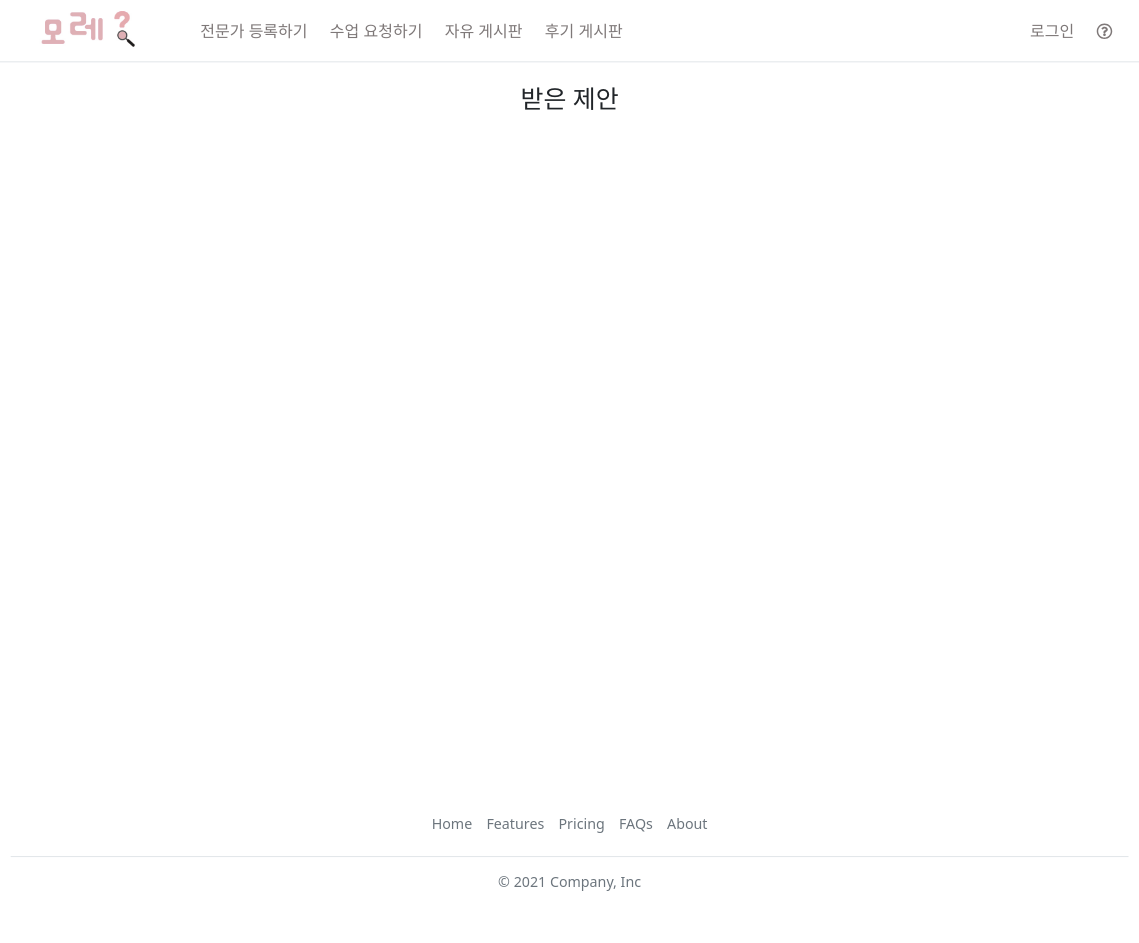
Repository: isssson/MVC2_more
Page: http://localhost/more/WEB-INF/views/suggest/receiveSuggest.jsp
These files come from the project's save history. The page is drawn as it stood at one moment and after the next save; the edit follows.
The browser window is 1280 px wide. The pictures show the whole page, at 89% of full size.
Some web libraries are served in a nearby version. The page is served by Tomcat 9. Nobody is signed in. Other server files are loaded and not shown. The template is opened directly, without the code that normally fills it, so the values that code supplies are empty.

Above is the page before, as saved 2021-12-11 06:26:13.

### more/src/main/webapp/WEB-INF/views/suggest/receiveSuggest.jsp
<%@ page language="java" contentType="text/html; charset=UTF-8"
    pageEncoding="UTF-8"%>
<%@ taglib prefix="c" uri="http://java.sun.com/jsp/jstl/core" %>
<%@ taglib prefix="fn" uri="http://java.sun.com/jsp/jstl/functions" %>
<!DOCTYPE html>
<html>
<head>
<meta charset="UTF-8">
<link href="resources/css/bootstrap.min.css" rel="stylesheet">
<style>
   h3 {
     margin-top: 24px;
   }
</style>
<title>모레-받은제안</title>
</head>
<body>
<%@ include file="/WEB-INF/views/header.jsp" %>
<section id="section" class="bg-f4f4f4" style="height: 700px;">
  <h3 class="fw-400 text-center">받은 제안</h3>
  <div class="container list-main-container">
   <c:forEach var="dto" items="${list }">
      <div class="summary-main" style="margin-left: 400px; margin-right: 400px; margin-top: 50px; cursor:pointer;" onclick="location.href='sugContent.do?s_idx=${dto.s_idx}'">
        <div class="col-xs-8 is_offered_list">
          <div id="courseList">
            <div class="card-frame" style="border: 1px solid #e7eaf3; padding: 16px;">
                <div class="d-flex justify-content-between align-items-center border-bottom pb-3">
                  <div class="col-8 font-weight-semi-bold pl-0">
                    <div class="d-flex align-contents-center font-footnote">
                      <a class="btn btn-xs mb-2" style="background-color:rgba(119, 131, 143, 0.1);padding: 0.3rem;">${dto.cate1 }</a>
                        <span class="btn-xs tag-primary-ghost mb-2 ml-2" style="padding: 0.3rem;">${dto.cate2 }</span>
                    </div>
                    <div class="font-weight-semi-bold text-truncate">
                      <a href="">${dto.process }</a>
                    </div>
                    <div class="font-subhead font-weight-normal text-secondary text-truncate">
                    </div>
                  </div>
                  <div class="col-4 pr-0 text-right">
                    <div>
                        <div class="font-weight-semi-bold" style="text-align: right; padding-bottom: 3px;">
                            <button type="button" class="btn btn-primary lg">${dto.cost }만원</button>
                        </div>
                        <div class="font-weight-semi-bold" style="text-align: right;">
                            <button type="button" class="btn btn-primary lg">${dto.id }전문가님</button>
                        </div>
                    </div>
                  </div>
                </div>
                <div class="font-subhead">
                  <p class="mt-2 mb-0 text-truncate">
               ${fn:substring(dto.start_date,0,10) }
               ~
               ${fn:substring(dto.end_date,0,10) }
                    <c:set var="location" value="${dto.ls_location }"/>
                    <span style="padding-left: 145px ;">${fn:substring(location,0,fn:indexOf(location,'구')+1)}</span>
                  </p>
                </div>
            </div>
        </div>
       </div>
      </div>
   </c:forEach>
  </div>
</section>
<div class="page_nav">
  <nav aria-label="Page navigation example" class="mb-5">
    <ul class="pagination justify-content-center mt-5">
      ${pagestr }
    </ul>
  </nav>
</div>
<%@ include file="/WEB-INF/views/footer.jsp" %>
</body>
</html>

### more/src/main/webapp/WEB-INF/views/header.jsp
<%@ page language="java" contentType="text/html; charset=UTF-8"
    pageEncoding="UTF-8"%>
<%@ taglib prefix="c" uri="http://java.sun.com/jsp/jstl/core" %>
<script src="https://use.fontawesome.com/releases/v5.2.0/js/all.js"></script>
<link href="resources/css/header.css" rel="stylesheet">
<!-- Global site tag (gtag.js) - Google Analytics -->
<script async src="https://www.googletagmanager.com/gtag/js?id=UA-214947172-1"></script>
<script>
  window.dataLayer = window.dataLayer || [];
  function gtag(){dataLayer.push(arguments);}
  gtag('js', new Date());

  gtag('config', 'UA-214947172-1');
</script>
<!-- ---------------------비회원  -->
<c:if test="${sessionScope.sessionStatus == null }">
	<header>
    <div id="headerContainer">
        <a href="index.do"><img src="resources/img/more_logo.jpg" alt="logo" style="padding: 10px"></a>
        <div id="menubar">
          <div id="leftMenu">
            <div><a href="regist1.do">전문가 등록하기</a></div>
            <div><a href="lessonList.do">수업 요청하기</a></div>
            <div><a href="bbsList.do">자유 게시판</a></div>
            <div><a href="reviewList.do">후기 게시판</a></div>
          </div>
          <div id="rightMenu">
               <div><a href="login.do">로그인</a></div>
               <div><a href="noticeList.do"><i class="far fa-question-circle"></i></a></div>
          </div>
        </div>
      </div>
	</header>
</c:if>
<!----------------------기본(의뢰인) 로그인중-->
<c:if test="${sessionScope.sessionStatus == 1 }">
	<header>
     <div id="headerContainer">
        <a href="index.do"><img src="resources/img/more_logo.jpg" alt="logo" style="padding: 10px"></a>
        <div id="menubar">
          <div id="leftMenu">
            <div id="client" onmouseover="show()" onmouseout="hide()">
               <a href="#">레슨</a>
              </div>
            <div id="joinExpert">
               <a href="regist1.do">전문가 등록하기</a>
             </div>
            <div><a href="bbsList.do">자유 게시판</a></div>
            <div><a href="reviewList.do">후기 게시판</a></div>
          </div>
          <div id="rightMenu">
            <div>${sessionScope.sessionName }님</div>
            <div><a href="setting.do"><i class="far fa-user fa-1x"></i></a></div>
            <div><a href="noticeList.do"><i class="far fa-question-circle"></i></a></div>
          </div>
        </div>
      </div>
      <div id="hiddenHeaderContainer" onmouseover="show()" onmouseout="hide()">
        <div class="hiddenItem">
          <div class="Item"><a href="suggestList.do">레슨 목록</a></div>
          <div class="Item"><a href="lessonList.do">레슨 요청하기</a></div>
          <div class="Item"><a href="sentRequest.do?id=${sessionScope.sessionId}">보낸 요청</a></div>
          <div class="Item"><a href="receiveSuggest.do?id=${sessionScope.sessionId }">받은 제안</a></div>
          <div class="Item"><a href="m_documentList.do">나의 레슨 내역</a></div>
        </div>
      </div>
	</header>
</c:if>
<!-- -----------------------전문가 로그인중 -->
<c:if test="${sessionScope.sessionStatus == 2 }">
	<header>
     <div id="headerContainer">
       <a href="index.do"><img src="resources/img/more_logo.jpg" alt="logo" style="padding: 10px"></a>
       <div id="menubar">
         <div id="leftMenu">
           <div id="client" onmouseover="show()" onmouseout="hide()">
              <a href="#">레슨</a>
             </div>
           <div><a href="bbsList.do">자유 게시판</a></div>
           <div><a href="reviewList.do">후기 게시판</a></div>
         </div>
         <div id="rightMenu">
           <div>${sessionScope.sessionName }님</div>
           <div><a href="setting.do"><i class="far fa-user fa-1x"></i></a></div>
		   <div><a href="noticeList.do"><i class="far fa-question-circle"></i></a></div>
         </div>
       </div>
     </div>
     <div id="hiddenHeaderContainer" onmouseover="show()" onmouseout="hide()">
       <div class="hiddenItem">
       	 <div class="Item"><a href="requestList.do">요청서 목록</a></div>
       	 <div class="Item"><a href="suggest.do">레슨 제안하기</a></div>
         <div class="Item"><a href="sentsuggest.do?id=${sessionScope.sessionId}">보낸 제안</a></div>
		 <div class="Item"><a href="m_documentList.do">나의 레슨 내역</a></div>
       </div>
     </div>
	</header>
</c:if>
   <script>
       function show(){
         document.getElementById('hiddenHeaderContainer').style.display='block';
       }
       function hide(){
         document.getElementById('hiddenHeaderContainer').style.display='none';
       }
  </script>

### more/src/main/webapp/WEB-INF/views/footer.jsp
<%@ page language="java" contentType="text/html; charset=UTF-8"
    pageEncoding="UTF-8"%>
<link href="resources/css/footer.css" rel="stylesheet">
<div class="container-fluid">
  <footer class="py-3 my-4">
    <ul class="nav justify-content-center border-bottom pb-3 mb-3">
      <li class="nav-item"><a href="#" class="nav-link px-2 text-muted">Home</a></li>
      <li class="nav-item"><a href="#" class="nav-link px-2 text-muted">Features</a></li>
      <li class="nav-item"><a href="#" class="nav-link px-2 text-muted">Pricing</a></li>
      <li class="nav-item"><a href="#" class="nav-link px-2 text-muted">FAQs</a></li>
      <li class="nav-item"><a href="#" class="nav-link px-2 text-muted">About</a></li>
    </ul>
    <p class="text-center text-muted">&copy; 2021 Company, Inc</p>
  </footer>
</div>

<div class="b-example-divider"></div>

### more/src/main/webapp/resources/css/header.css
@charset "UTF-8";
a{
    text-decoration:none;
    color:rgb(26, 25, 25);
}
a:hover{
    color:rgb(26, 25, 25);
}
svg{
    color: #7e7878;
}
svg:hover{
    color: #424040;
    cursor: pointer;
}
#headerContainer{
    width:100%;
    height:70px;
    margin: 0 auto;
    display: flex;
    flex-direction: row;
    border-bottom:1px solid #dee2e6;
}
#headerContainer img{
    width: 200px;
    height: 65px;
    object-fit: cover;
}
#headerContainer #menubar{
    width:100%;
    height: 70px;
    display: flex;
    flex-direction: row;
    justify-content: space-between;
}
#headerContainer #menubar div a{
    font-size: 18px;
    color: #7e7878;
}
#headerContainer #menubar a:hover{
    color: #424040;
    font-weight: bold;
}
#menubar #leftMenu{
    display: flex;
}
#menubar #rightMenu{
    display: flex;
    margin-right: 30px;
}
#menubar #leftMenu div, #menubar #rightMenu div{
    font-size: 18px;
    line-height: 70px;
    margin-left: 25px;
}
#hiddenHeaderContainer{
    position: absolute;
    display: none;
    z-index: 1;
    width:100%;
    height:70px;
    left:50%;
    border-top:1px solid rgb(187, 183, 183);
    border-bottom:1px solid rgb(187, 183, 183);
    transform: translate(-50%);
    background-color: white;
}
#hiddenHeaderContainer .hiddenItem{

    width:100%;
    height:70px;
    margin-left: 170px;
    display: flex;
}
#hiddenHeaderContainer .hiddenItem .Item a{
    font-size: 18px;
    line-height: 70px;
    margin-left: 50px;
    color: #7e7878;
}
#hiddenHeaderContainer .hiddenItem .Item a:hover{
    color: #424040;
    font-weight: bold;
}

### more/src/main/webapp/resources/css/footer.css
@charset "UTF-8";
li {
	border-top: none;
}

Loaded but not shown: more/src/main/webapp/resources/css/bootstrap.min.css (library)

After the next save:
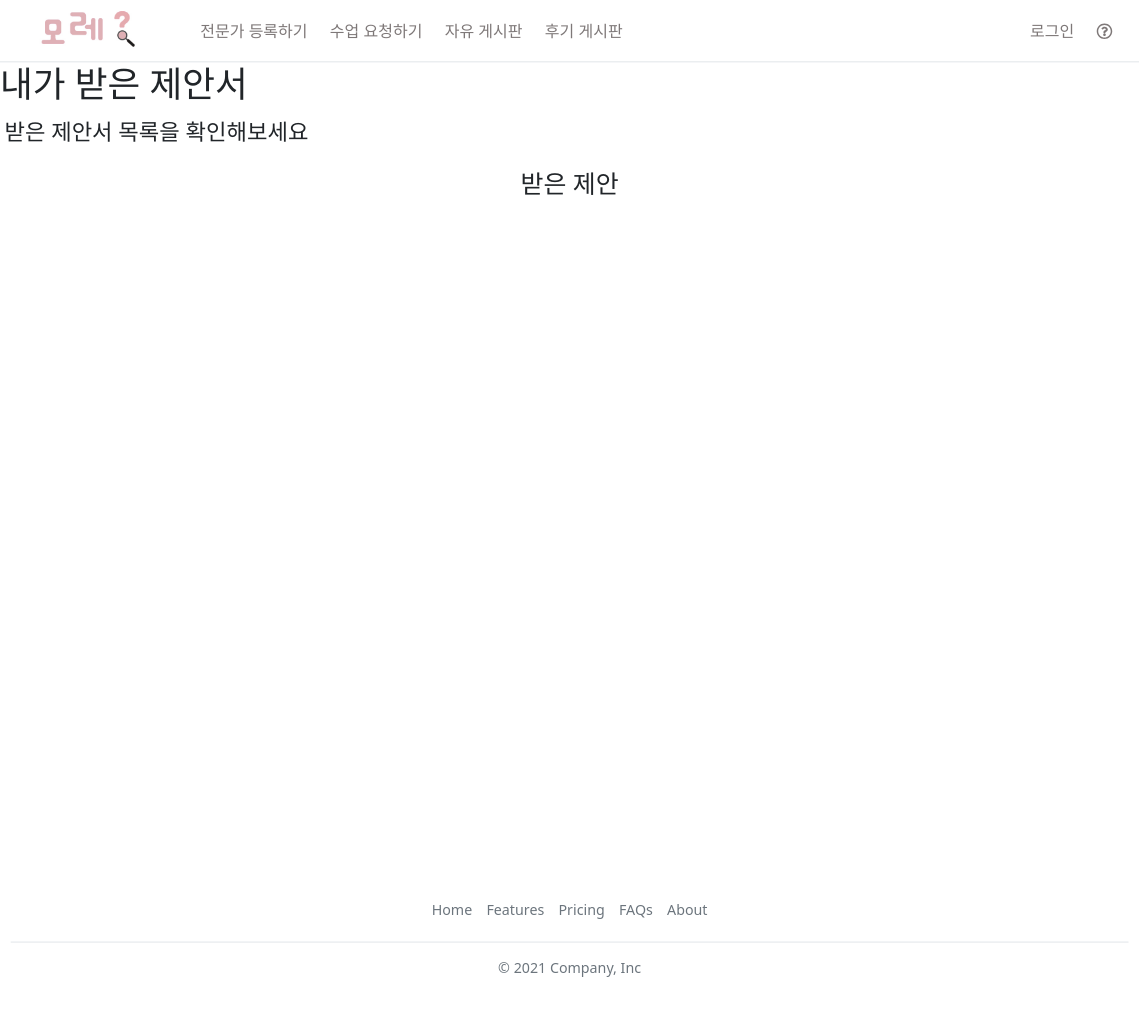
Saved 99 s later.
--- a/more/src/main/webapp/WEB-INF/views/suggest/receiveSuggest.jsp
+++ b/more/src/main/webapp/WEB-INF/views/suggest/receiveSuggest.jsp
@@ -16,6 +16,16 @@
 </head>
 <body>
 <%@ include file="/WEB-INF/views/header.jsp" %>
+  <div class="revMainContainer">
+		<div class="revMainTextBox">
+			<div class="revMainText">
+				<h1>
+					내가 받은 제안서<br>
+					<span style="font-size:25px; font-weight:normal; border-top: 1px solid white; padding: 5px;">받은 제안서 목록을 확인해보세요</span>
+				</h1>
+			</div>
+		</div>
+	</div>
 <section id="section" class="bg-f4f4f4" style="height: 700px;">
   <h3 class="fw-400 text-center">받은 제안</h3>
   <div class="container list-main-container">
